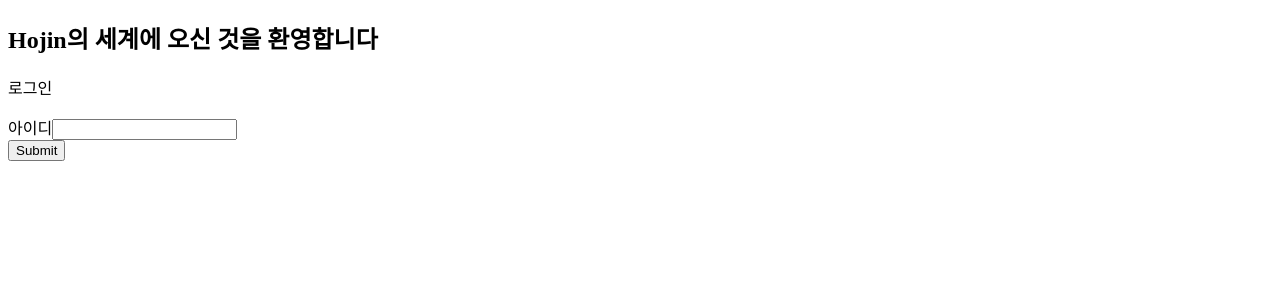
Repository: godnjchs/JSPData
Page: http://localhost/JSPProject/First.jsp
These files come from the project's save history. The page is drawn as it stood at one moment and after the next save; the edit follows.
The browser window is 1280 px wide. The pictures show the whole page.
The page is served by Tomcat 9.

Above is the page before, as saved 2020-03-17 06:17:05.

After the next save:
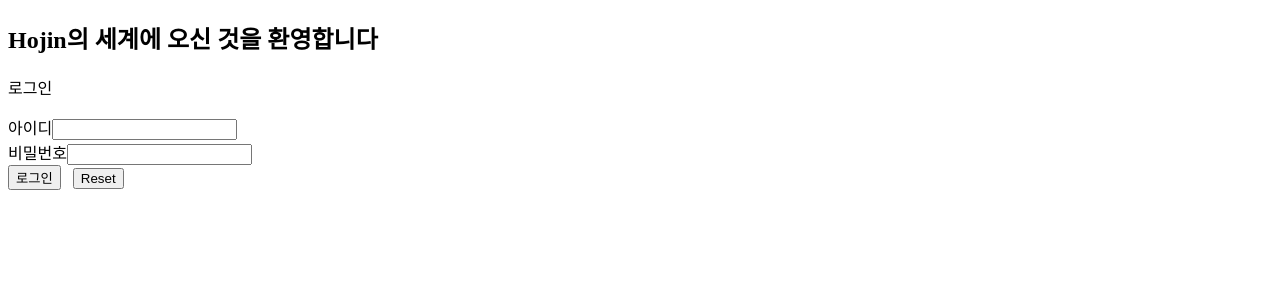
Saved 2 min 54 s later.
--- a/JSPProject/WebContent/First.jsp
+++ b/JSPProject/WebContent/First.jsp
@@ -11,7 +11,9 @@
 <form action="memberCheck.jsp" method="get">
 	<p>로그인</p>
 	<label for="UserId">아이디</label><input type="text" name = "UserId" id = "UserId" /><br />
-	<input type="submit" />
+	<label for="UserId">비밀번호</label><input type="password" name = "UserPwd" id = "UserPwd" /><br />
+	<input type="submit" value = "로그인" />&nbsp;&nbsp;&nbsp;<input type="reset"  vlaue = "취소"/>
+
 </form>
 </body>
 </html>
